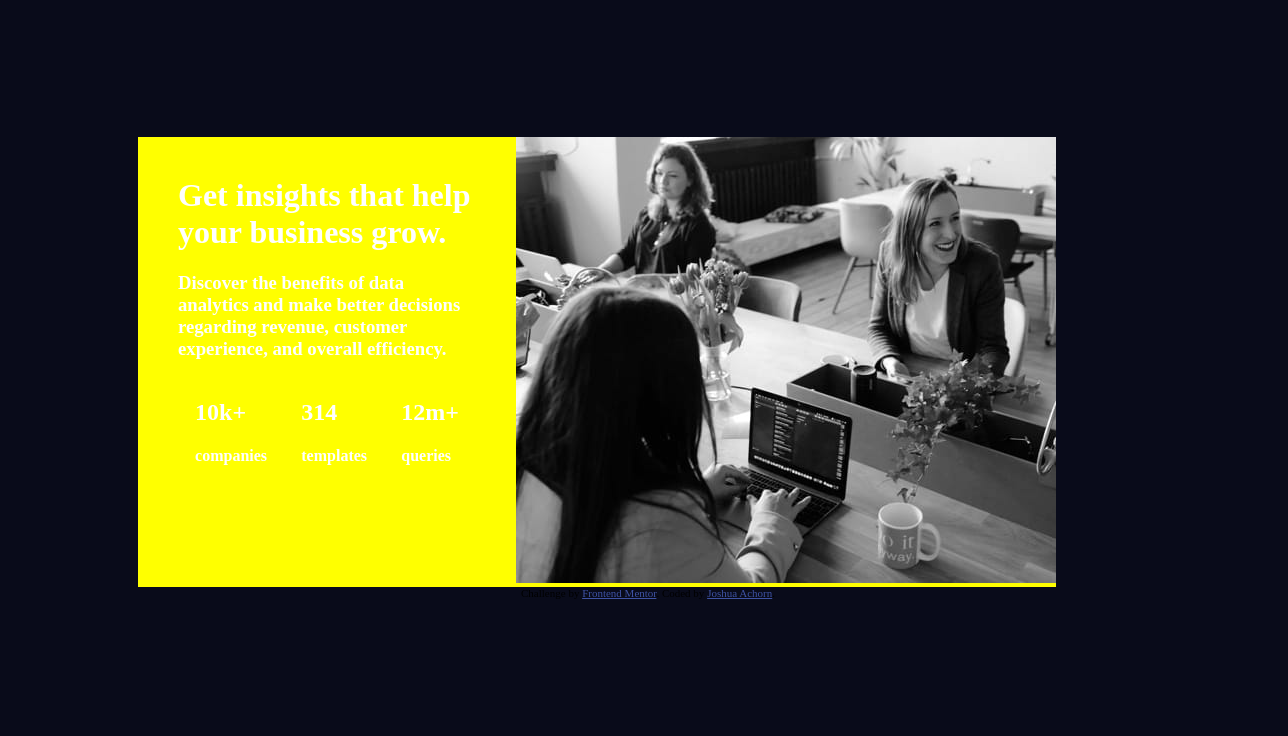
Repository: Achorn/stats-preview-card
Page: index.html
An editor plug-in stored every save of this project. The page is shown before and after the next save, followed by the edit.
The browser window is 1280 px wide. The page is 1288 px wide, so the pictures cover 1288 px, including what lies to the right of the window. The pictures show the whole page.

Above is the page before, as saved 2021-06-16 17:16:38.

After the next save:
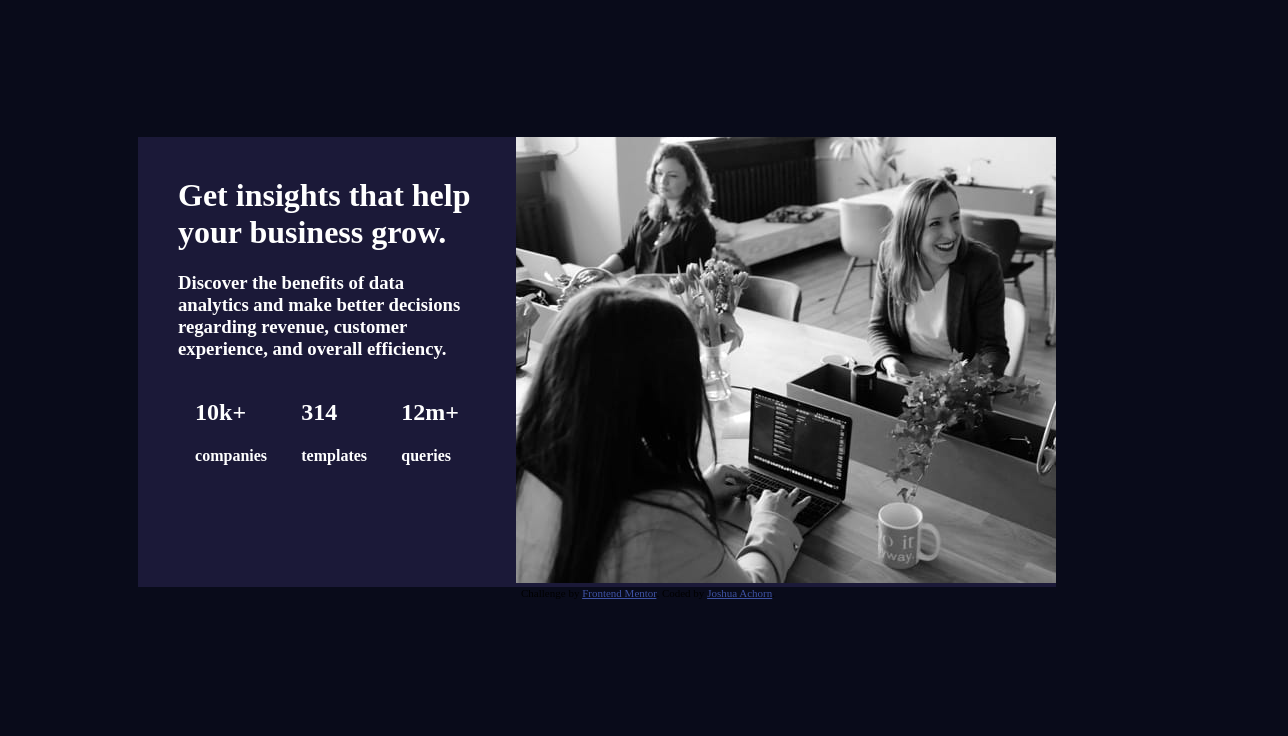
Saved 6 s later.
--- a/styles.css
+++ b/styles.css
@@ -11,7 +11,7 @@ body {
   width: 90%;
   max-width: 1200px;
   color: white;
-  background-color: yellow;
+  background-color: hsl(244, 38%, 16%);
   display: flex;
 }
 #img-container {
